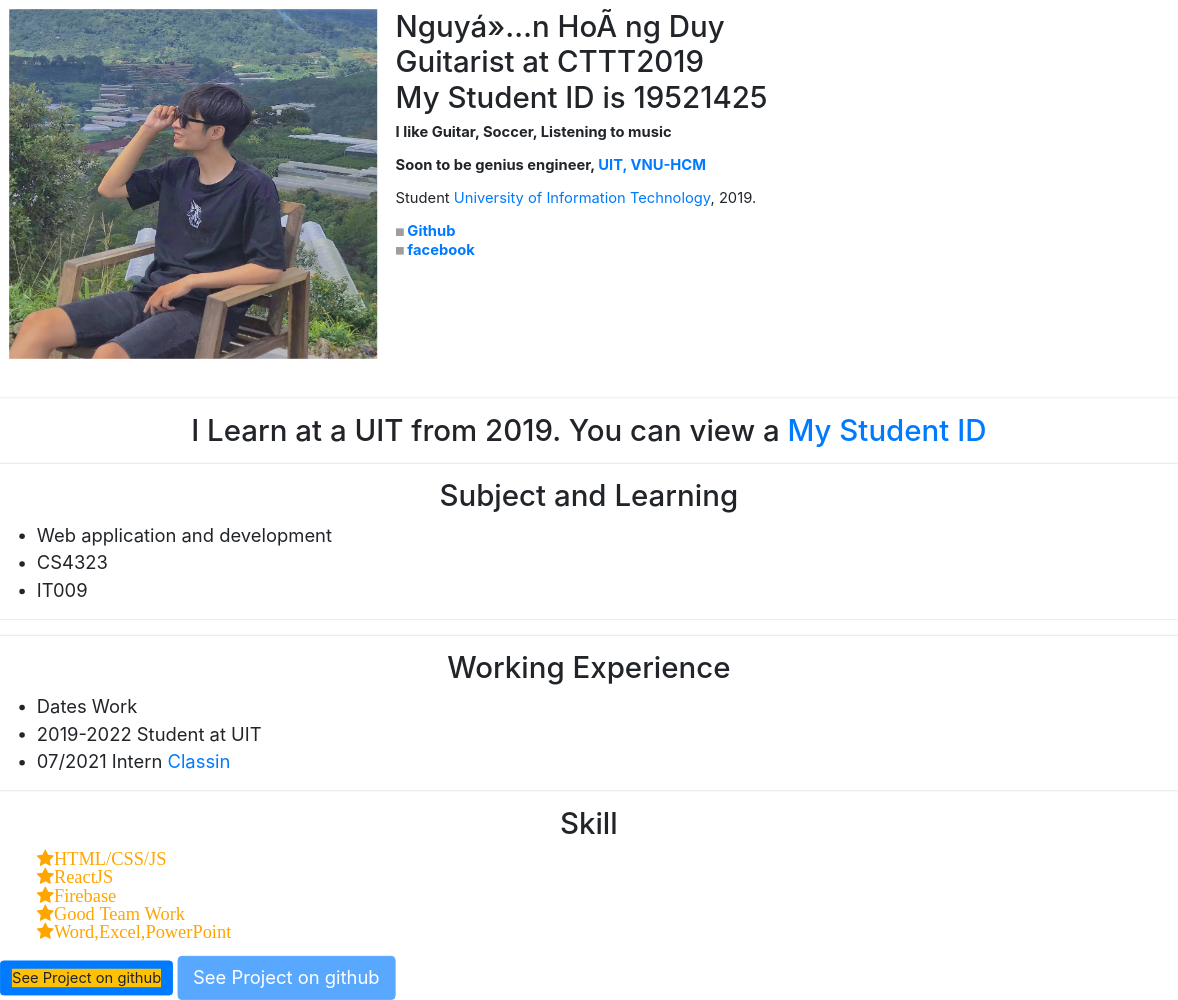
Repository: HoangDuy315/HW_TVK
Page: cv.html
These files come from the project's save history. The page is drawn as it stood at one moment and after the next save; the edit follows.
The browser window is 1280 px wide. The pictures show the whole page, at 92% of full size.
Pictures or frames that could not be fetched are drawn as grey boxes.

Above is the page before, as saved 2022-09-25 17:15:27.

After the next save:
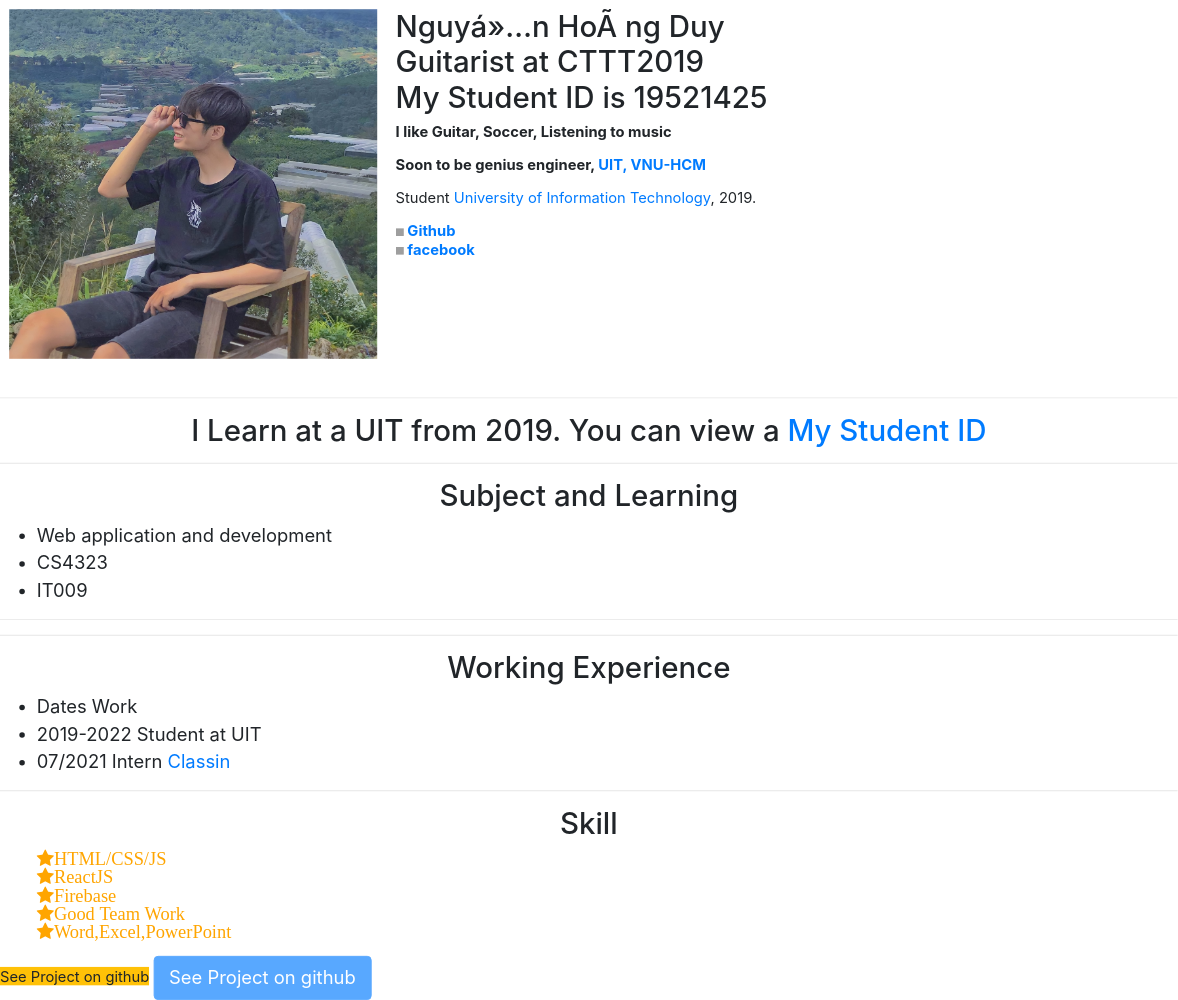
Saved 11 s later.
--- a/cv.html
+++ b/cv.html
@@ -87,9 +87,8 @@
             <li class="fa fa-star checked">Good Team Work</li><br>
             <li class="fa fa-star checked">Word,Excel,PowerPoint</li>
         </ul>
-        <button class="btn btn-primary" type="submit">
             <a class="btn-warning" href="https://github.com/HoangDuy315">See Project on github</a>
-        </button>
+
         <a href="https://github.com/HoangDuy315" class="btn btn-primary btn-lg disabled" tabindex="-1" role="button" aria-disabled="true">See Project on github</a>
     </hr>
 
